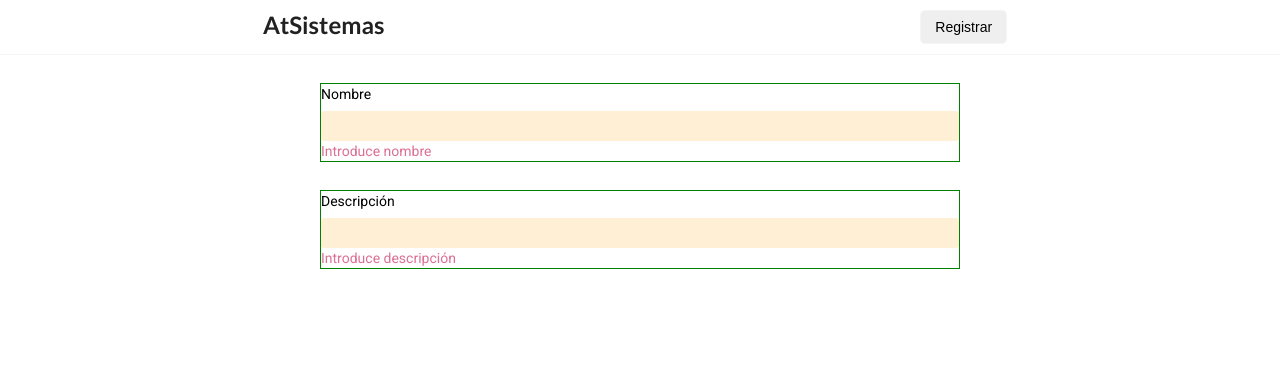
Repository: banchiec/atsistemas
Page: /site/register-site
The author's editor kept a copy of each file at every save. The page is drawn from the files as they stood at one save, then again after the next save.
The browser window is 1280 px wide. The pictures show the whole page.
The project was rebuilt for these pictures with package versions that can differ from the ones it lists, and the page was loaded fresh each time. Also part of the build but not shown: src/components/SiteCard/SiteCard.js, src/redux/actions/sitesActions.js, src/screens/SiteScreen/SiteScreen.js, src/screens/SiteDetailsScreen/SiteDetailsScreen.js.

Above is the page before, as saved 2022-08-16 14:18:52.

After the next save:
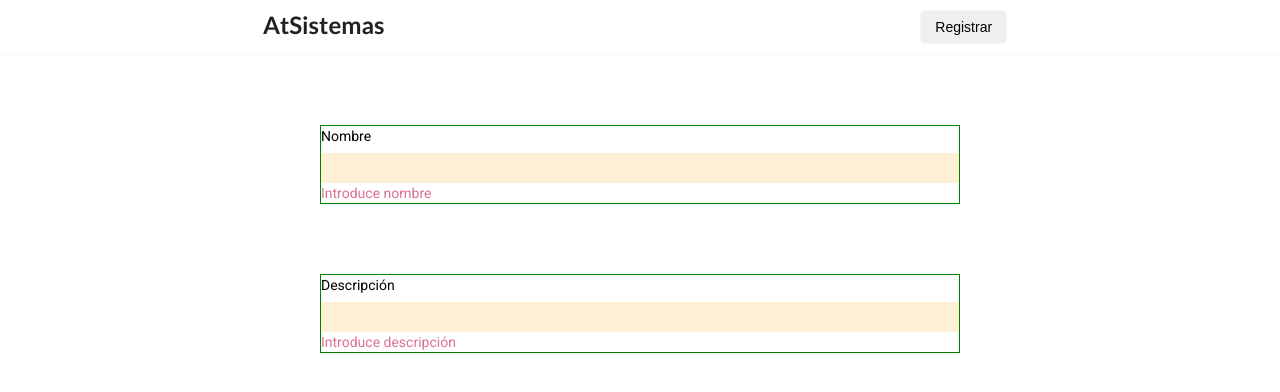
Saved 15 s later.
--- a/src/screens/RegisterSiteScreen/registerSiteScreenStyled.js
+++ b/src/screens/RegisterSiteScreen/registerSiteScreenStyled.js
@@ -12,7 +12,7 @@ export const FormControl = styled.div`
 	display: block;
 	width: 50%;
 	/* margin: 10px auto; */
-	margin-top: 2em;
+	margin-top: 5em;
 `
 export const Label = styled.label`
 	display: block;
